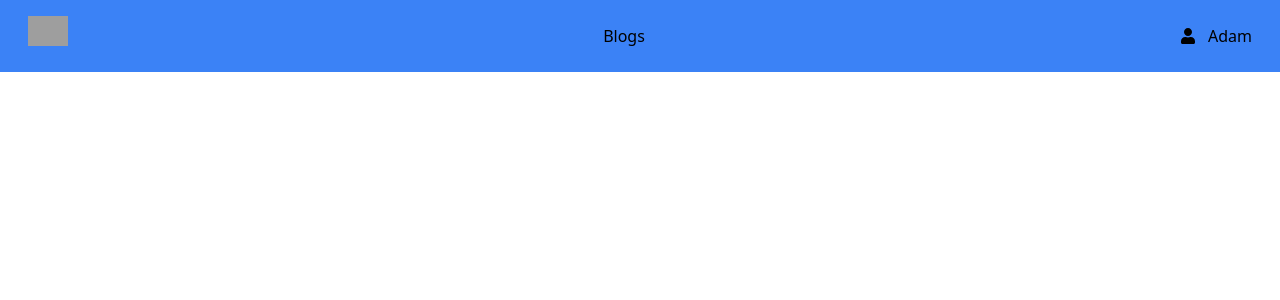
Repository: Lan-au-75/zv-app
Page: /
An editor plug-in stored every save of this project. The page is shown before and after the next save, followed by the edit.
The browser window is 1280 px wide. The pictures show the whole page.
Pictures or frames that could not be fetched are drawn as grey boxes. The page's requests for data from a server got no answer. The project was rebuilt for these pictures with package versions that can differ from the ones it lists, and the page was loaded fresh each time. No one was signed in, and anything a server would have sent is missing. Also part of the build but not shown: vite.config.js, src/components/Comments.jsx.

Above is the page before, as saved 2023-12-13 20:49:45.

After the next save:
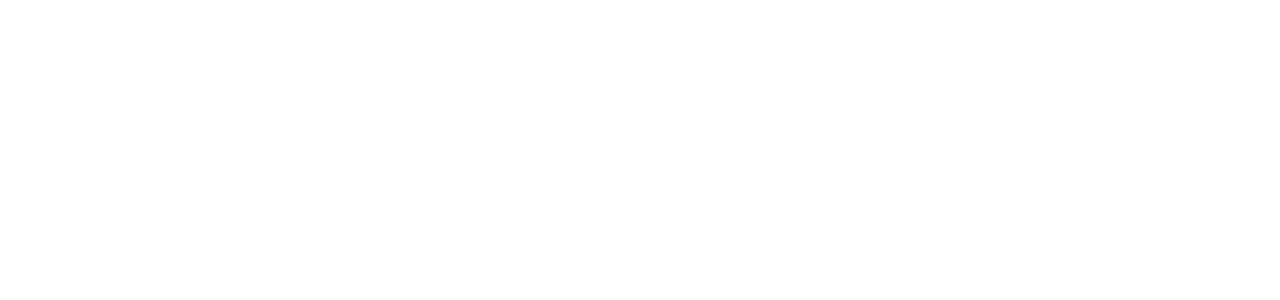
Console error: TypeError: Cannot read properties of undefined (reading 'title')
Saved 2 min 24 s later.
--- a/src/components/Post.jsx
+++ b/src/components/Post.jsx
@@ -6,7 +6,7 @@
 
 const tagsData = ['facere ', 'esse']
 
-function Post({ data, comments }) {
+function Post({ item: post, comments }) {
     const [selectedTags, setSelectedTags] = useState(['Books'])
 
     const handleChange = (tag, checked) => {
@@ -19,38 +19,34 @@
 
     return (
         <>
-            {data?.map((post) => (
-                <>
-                    <main className='p-4'>
-                        <h1 className='flex items-center justify-center'>{post.title}</h1>
-                        <div className='flex items-center justify-between mx-3'>
-                            {/* author */}
-                            <div>
-                                <h3>author : {post.name} </h3>
-                                <span className='mt-2'>created at: </span>
-                            </div>
-                            {/* search keyword */}
-                            <div>
-                                <Space size={[0, 8]} wrap>
-                                    {tagsData.map((tag) => (
-                                        <CheckableTag
-                                            key={tag}
-                                            checked={selectedTags.includes(tag)}
-                                            onChange={(checked) => handleChange(tag, checked)}
-                                        >
-                                            {tag}
-                                        </CheckableTag>
-                                    ))}
-                                </Space>
-                            </div>
-                        </div>
+            <main className='p-4'>
+                <h1 className='flex items-center justify-center'>{post.title}</h1>
+                <div className='flex items-center justify-between mx-3'>
+                    {/* author */}
+                    <div>
+                        <h3>author : {post.name} </h3>
+                        <span className='mt-2'>created at: </span>
+                    </div>
+                    {/* search keyword */}
+                    <div>
+                        <Space size={[0, 8]} wrap>
+                            {tagsData.map((tag) => (
+                                <CheckableTag
+                                    key={tag}
+                                    checked={selectedTags.includes(tag)}
+                                    onChange={(checked) => handleChange(tag, checked)}
+                                >
+                                    {tag}
+                                </CheckableTag>
+                            ))}
+                        </Space>
+                    </div>
+                </div>
 
-                        <p className='p-4 text-sm'>{post.body}</p>
+                <p className='p-4 text-sm'>{post.body}</p>
 
-                        <Comments comments={comments} />
-                    </main>
-                </>
-            ))}
+                <Comments comments={comments} />
+            </main>
         </>
     )
 }

After the save that followed:
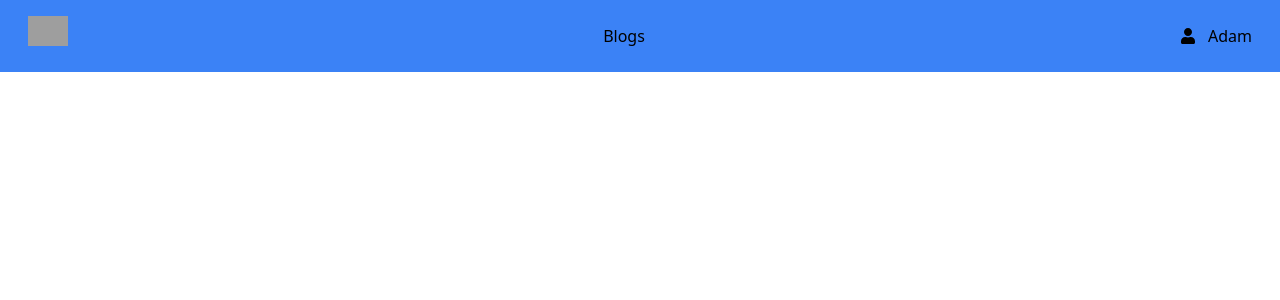
The error is gone.
Saved 54 s later.
--- a/src/App.jsx
+++ b/src/App.jsx
@@ -81,9 +81,9 @@
     return (
         <div>
             <Header></Header>
-
-            <Post comments={post1Comments} data={formatPosts}></Post>
-            <Post comments={post2Comments} data={formatPosts}></Post>
+            {formatPosts?.map((item) => (
+                <Post key={item.id} item={item} comments={post1Comments}></Post>
+            ))}
         </div>
     )
 }
